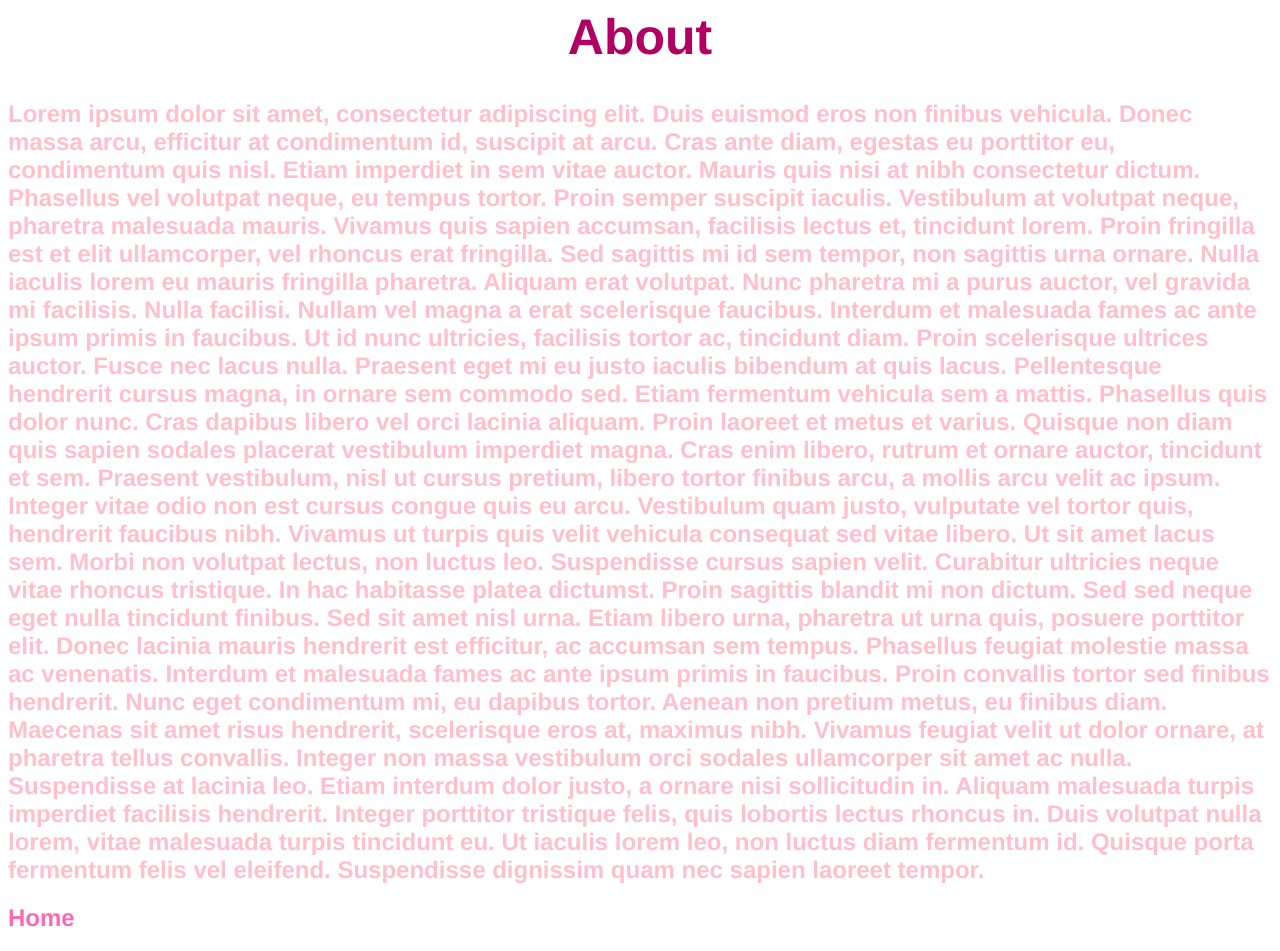
Repository: anelguel/lab18
Page: termsofuse.html
The author's editor kept a record of every edit. The page is drawn from the files as they stood at one moment, then again after the next edit.
The browser window is 1280 px wide. The pictures show the whole page.

Above is the page before.

After the next edit:
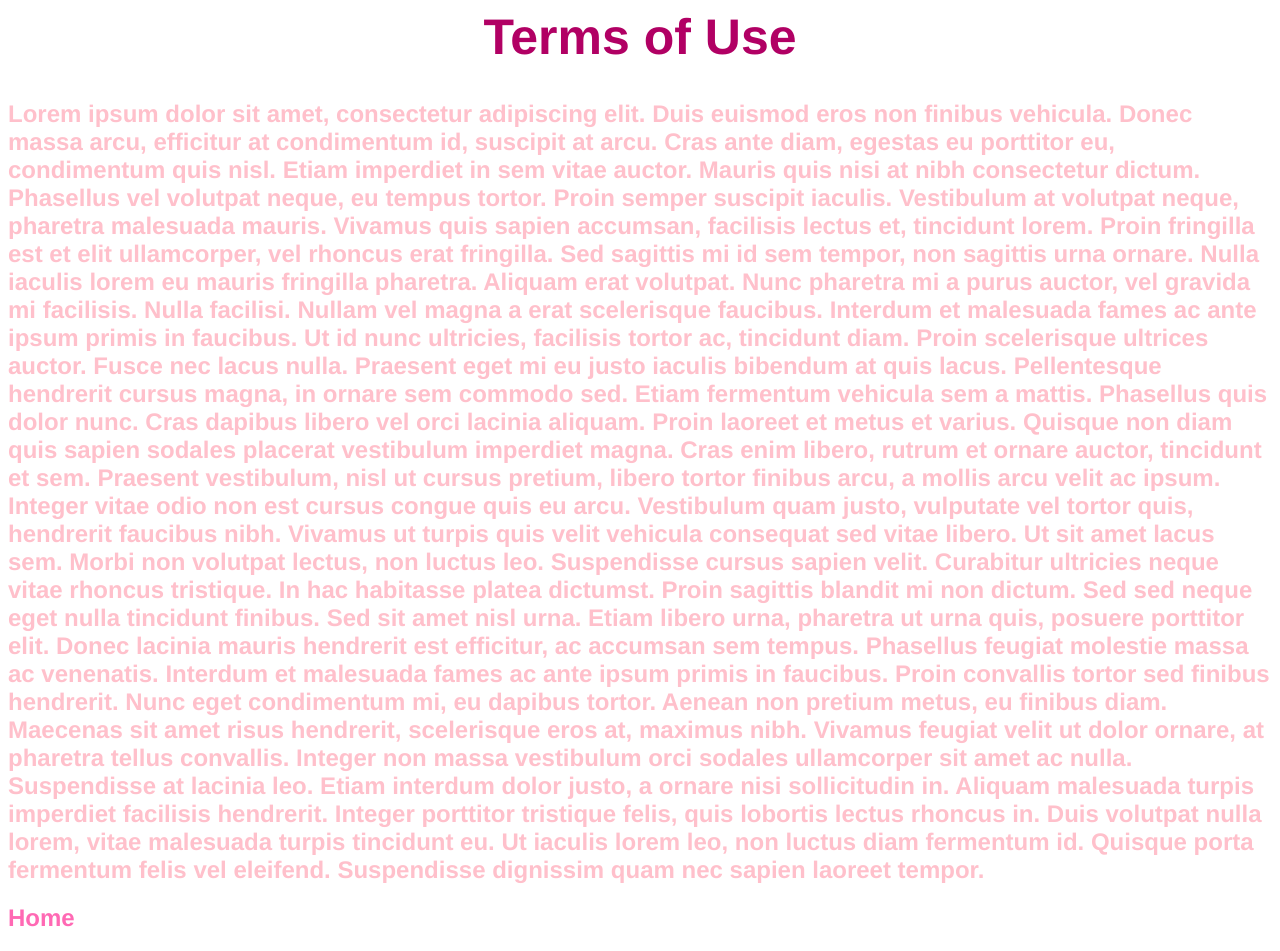
The edit:
--- a/termsofuse.html
+++ b/termsofuse.html
@@ -3,7 +3,7 @@
         <title> Terms of Use </title>
     </head>
     <body>
-<h1>About</h1>
+<h1>Terms of Use</h1>
 <p>
 <h2>Lorem ipsum dolor sit amet, consectetur adipiscing elit. Duis euismod eros non finibus vehicula. Donec massa arcu, efficitur at condimentum id, suscipit at arcu. Cras ante diam, egestas eu porttitor eu, condimentum quis nisl. Etiam imperdiet in sem vitae auctor. Mauris quis nisi at nibh consectetur dictum. Phasellus vel volutpat neque, eu tempus tortor. Proin semper suscipit iaculis. Vestibulum at volutpat neque, pharetra malesuada mauris. Vivamus quis sapien accumsan, facilisis lectus et, tincidunt lorem. Proin fringilla est et elit ullamcorper, vel rhoncus erat fringilla.
 
